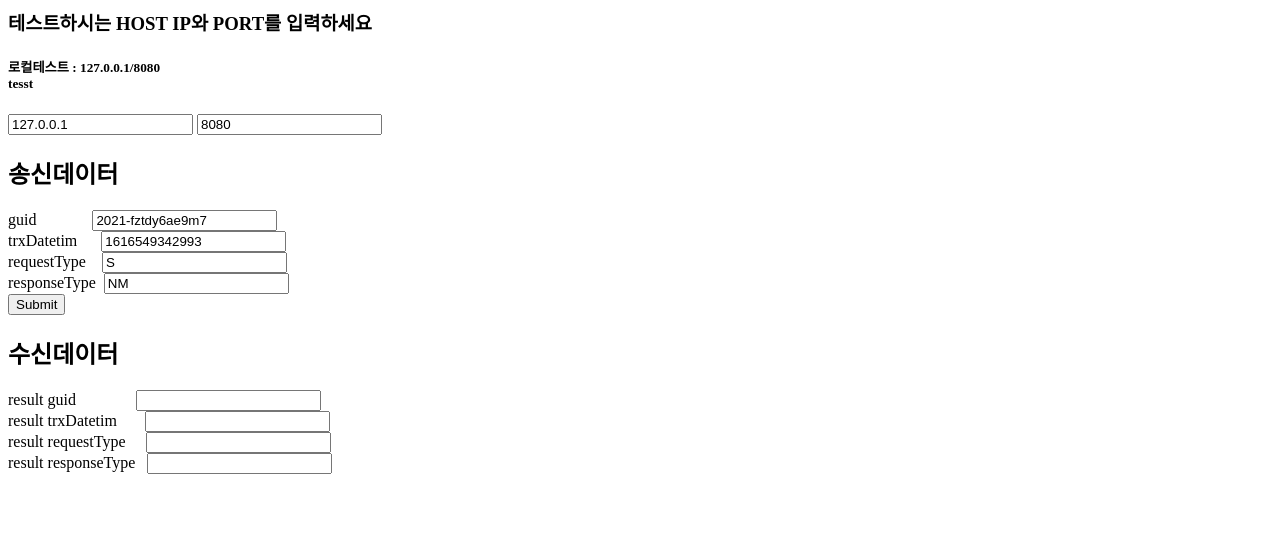
Repository: kchan75/kakaobank
Page: inserver/src/main/resources/static/index.html
An editor plug-in stored every save of this project. The page is shown before and after the next save, followed by the edit.
The browser window is 1280 px wide. The pictures show the whole page.

Above is the page before, as saved 2021-03-24 10:33:30.

### inserver/src/main/resources/static/index.html
<html>
<head>
<title>test</title>
<script language="javascript">
	function setData(){
		  var time= new Date(); //시간받기위해서 new date
		  document.getElementById("trxDatetim").value=time.getTime();
		  document.getElementById("guid").value=time.getFullYear() + "-"+  Math.random().toString(36).substr(2,11);
		}
</script>
</head>

<body >
	<h3>테스트하시는 HOST IP와 PORT를 입력하세요</h3>
	<h5>로컬테스트 : 127.0.0.1/8080</br>
	    tesst</h5>
	<input type="text" id="sendHost" value="127.0.0.1" />
	<input type="text" id="sendPost" value="8080" />
	<h2>송신데이터</h2>
	<div id="sendCommon"></div>
	<div id="sendbiz"></div>


	<form id="formElem">
		<label> guid&nbsp; &nbsp; &nbsp; &nbsp; &nbsp;&nbsp; &nbsp;&nbsp; </label><input type="text" name="guid" id="guid" value="2021-fztdy6ae9m7">
		<br/>
		<label> trxDatetim &nbsp; &nbsp;&nbsp; </label> <input type="text" name="trxDatetim" id="trxDatetim" value="1616549342993">
		<br/>
		<label> requestType&nbsp; &nbsp; </label> <input type="text" name="requestType" value="S">
		<br/>
		<label> responseType&nbsp;  </label> <input type="text" name="responseType" value="NM">
		<br/>
		<input type="submit" onclick="setData()">
	</form>

	<h2>수신데이터</h2>
	<div id="resCommon"></div>
	<div id="resBiz"></div>
	<div id="resBizout"></div>
	<form id="formElem2">
		<label> result guid&nbsp;&nbsp;&nbsp;&nbsp;&nbsp;&nbsp; &nbsp; &nbsp; &nbsp;&nbsp;&nbsp;&nbsp;</label><input type="text" name="rGuid" id="rGuid" value="">
		<br/>
		<label> result trxDatetim &nbsp;&nbsp;&nbsp;&nbsp;&nbsp;</label> <input type="text" name="rTrxDatetim" id="rTrxDatetim" value="">
		<br/>
		<label> result requestType &nbsp; &nbsp; </label> <input type="text" name="rRequestType" id="rRequestType" >
		<br/>
		<label> result responseType &nbsp;  </label> <input type="text" name="rResponseType" id="rResponseType">
		<br/>
	</form>

</body>

<script>
    formElem.onsubmit = async (e) => {
      e.preventDefault();
      var form = document.querySelector("#formElem");
     // var form = document.forms[0];


        data = {
          "common":
          {
        	  guid : form.querySelector('input[name="guid"]').value,
        	  trxDatetim : form.querySelector('input[name="trxDatetim"]').value,
        	  requestType : form.querySelector('input[name="requestType"]').value,
        	  responseType : form.querySelector('input[name="responseType"]').value
          },
	      "biz":
	      {
	      	  service : "testService",
	      	  inputData : "INDATA",
	      	  outputData : "OUTDATA"
	      }
        }
		document.querySelector("#sendCommon").innerText=JSON.stringify(data.common)
		document.querySelector("#sendBiz").innerText=JSON.stringify(data.biz)

		URL = document.querySelector("#sendHost").value
		URL = 'http://' + URL + ":8080/kchan"

        let response = fetch(URL, {
                method: 'POST', // or 'PUT'
                headers: {
                    'Content-Type': 'application/json',
                    'Access-Control-Allow-Origin':'*'
                },
                body: JSON.stringify(data),
        }).then(response => response.json())
          .then(data => {
        	  //document.querySelector("#div").innerHTML = data;
        	  //console.log(data.common.guid);
        	  //console.log(data.common.trxDatetim);
        	  //console.log(data.common.requestType);
        	  //console.log(data.common.responseType);
        	  document.getElementById("rGuid").value=data.common.guid
        	  document.getElementById("rTrxDatetim").value=data.common.trxDatetim
        	  document.getElementById("rRequestType").value=data.common.requestType
        	  document.getElementById("rResponseType").value=data.common.responseType
        	  document.querySelector("#resCommon").innerText=JSON.stringify(data.common)
        	  //document.querySelector("#resBiz").innerText=JSON.stringify(data.biz)
        	  document.querySelector("#resBizout").innerText=JSON.stringify(data.bizout)

          })

    };
</script>
</html>

After the next save:
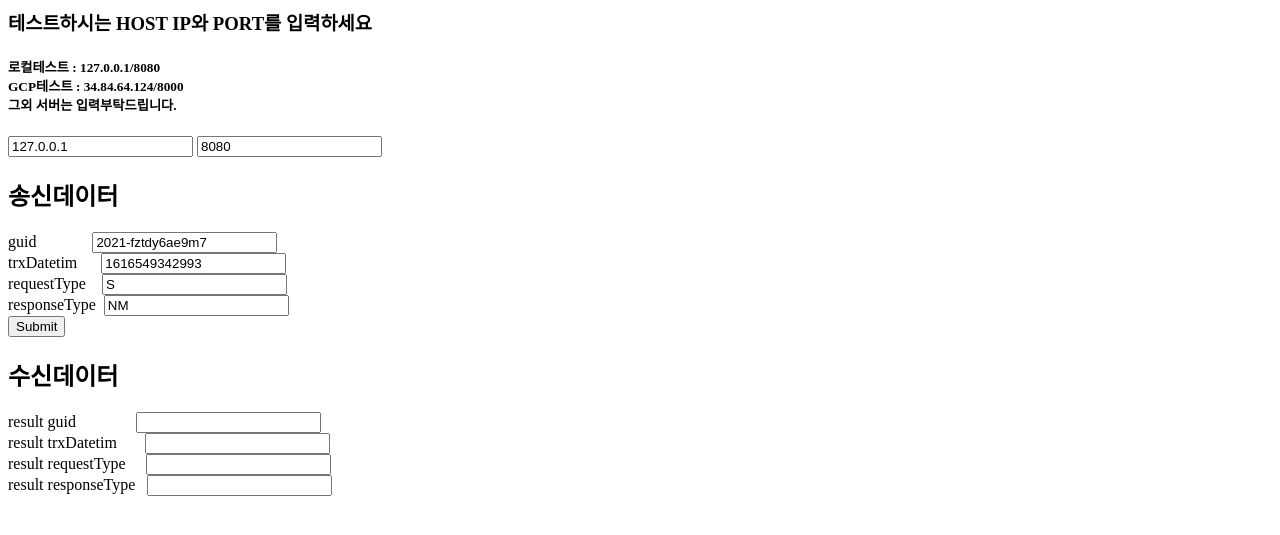
Saved 87 s later.
--- a/inserver/src/main/resources/static/index.html
+++ b/inserver/src/main/resources/static/index.html
@@ -13,7 +13,9 @@
 <body >
 	<h3>테스트하시는 HOST IP와 PORT를 입력하세요</h3>
 	<h5>로컬테스트 : 127.0.0.1/8080</br>
-	    tesst</h5>
+	    GCP테스트 : 34.84.64.124/8000</br>
+	           그외 서버는  입력부탁드립니다.</br>
+	</h5>
 	<input type="text" id="sendHost" value="127.0.0.1" />
 	<input type="text" id="sendPost" value="8080" />
 	<h2>송신데이터</h2>
